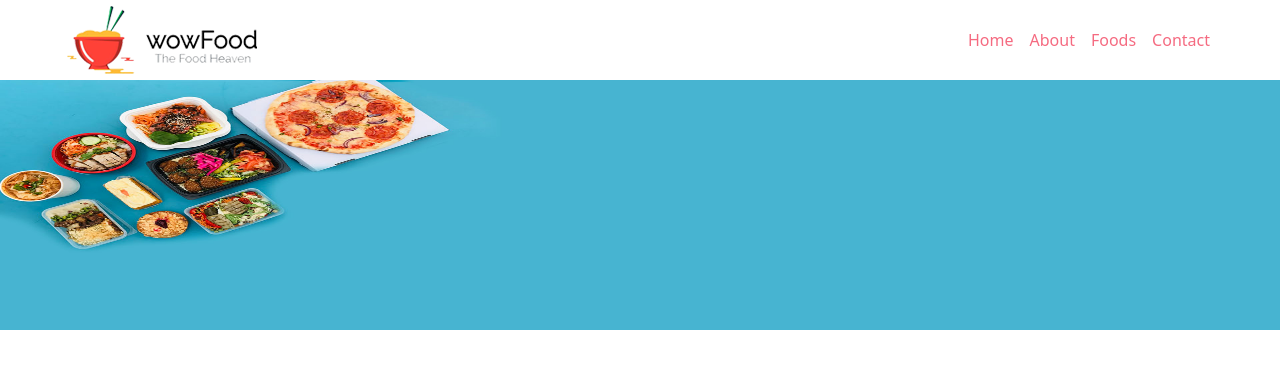
Repository: ruaruababa/RestaurantBS5
Page: html/index.html
These files come from the project's save history. The page is drawn as it stood at one moment and after a run of saves; the edit follows.
The browser window is 1280 px wide. The pictures show the whole page.

Above is the page before, as saved 2021-09-25 16:20:48.

After the next 2 saves:
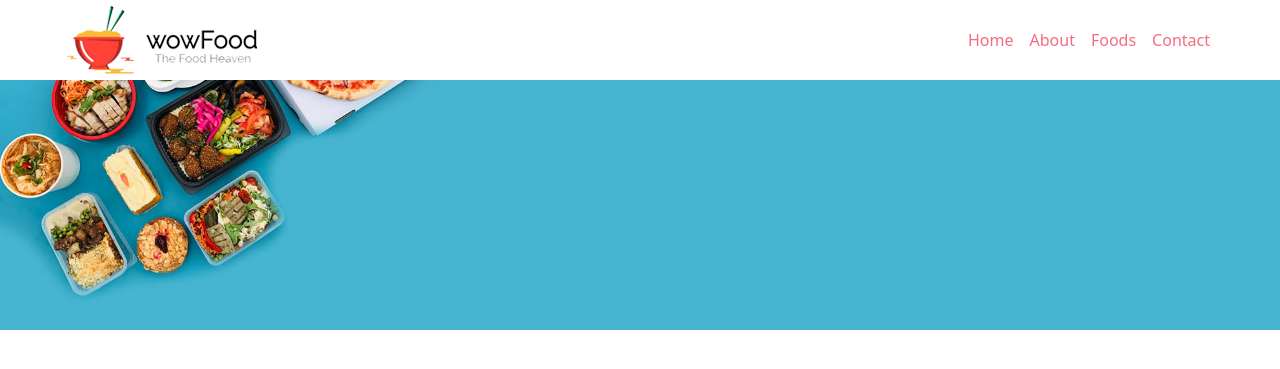
The 2 saves are shown as one change because they came seconds apart.
The last was saved 8 s later.
--- a/html/index.html
+++ b/html/index.html
@@ -46,7 +46,7 @@
 
         <section>
             <div class="container-section">
-                <img src="/img/bg.jpg" class="img-fluid" alt="Responsive image" style="height:250px; width:100%;">
+                <img src="/img/bg.jpg" class="img-fluid" alt="Responsive image" style="height:250px; width:100%; object-fit: cover;">
             </div>
         </section>
 
